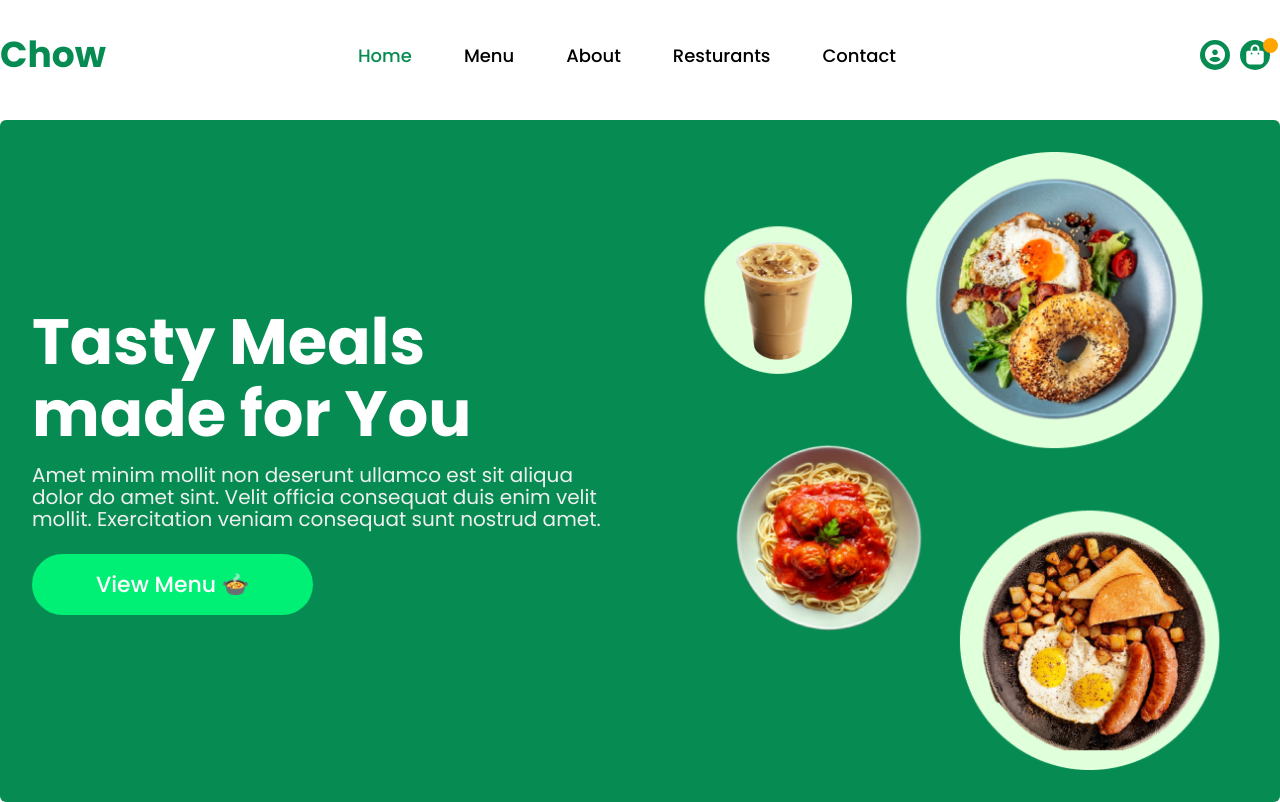
Repository: nguyennam1029/balbal
Page: index.html
The author's editor kept a copy of each file at every save. The page is drawn from the files as they stood at one save, then again after the next save.
The browser window is 1280 px wide. The pictures show the whole page.
Some web libraries are served in a nearby version.

Above is the page before, as saved 2022-07-01 17:36:26.

After the next save:
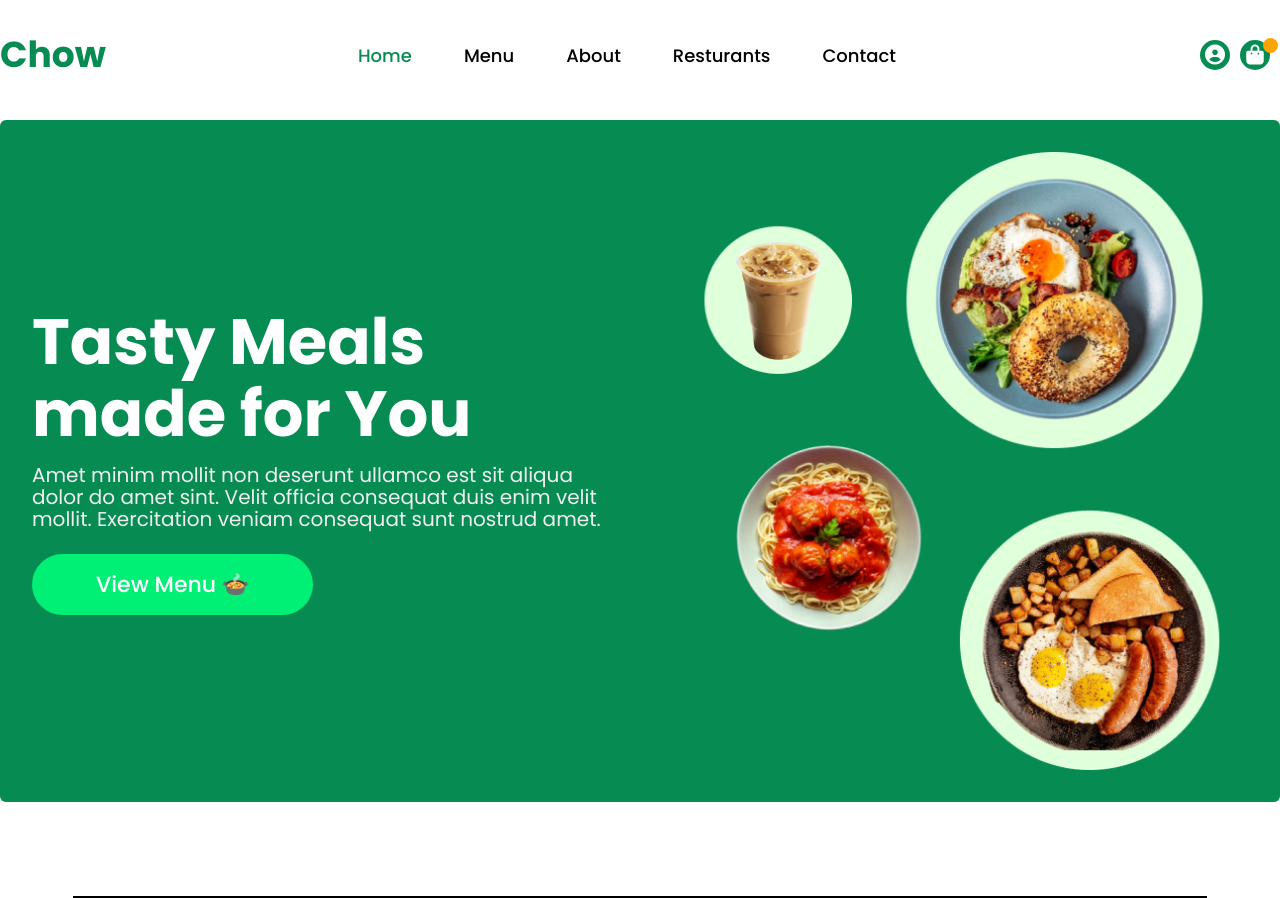
Saved 9 s later.
--- a/css/style.css
+++ b/css/style.css
@@ -187,4 +187,5 @@
 .statistical {
     max-width: 1134px;
     margin   : 94px auto;
+    border   : 1px solid;
 }

After the save that followed:
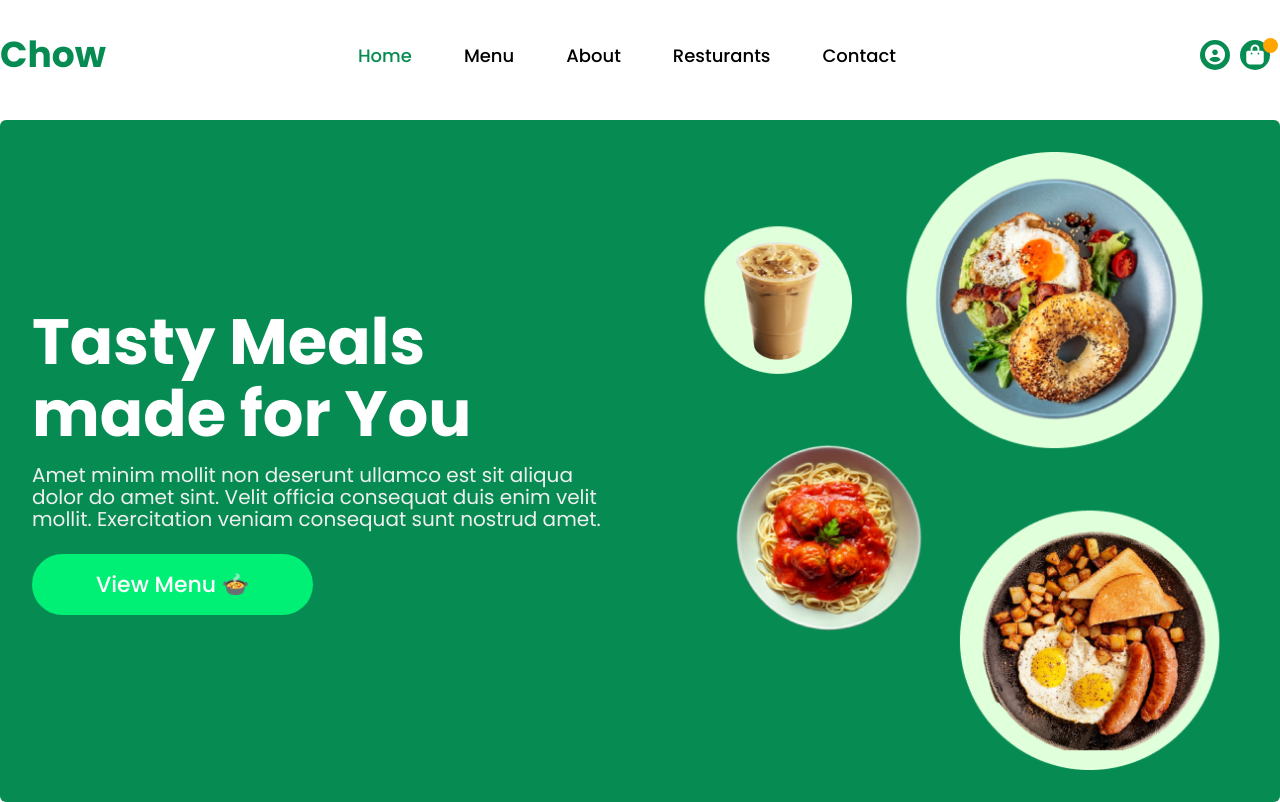
Saved 49 s later.
--- a/css/style.css
+++ b/css/style.css
@@ -185,7 +185,12 @@
 }
 
 .statistical {
-    max-width: 1134px;
-    margin   : 94px auto;
-    border   : 1px solid;
+    max-width   : 1134px;
+    margin      : 94px auto;
+    /* border   : 1px solid; */
+    background  : #FFFFFF;
+    /* Drop Shadow/High */
+
+    box-shadow   : 0px 20px 50px rgba(18, 17, 39, 0.08);
+    border-radius: 12px;
 }
